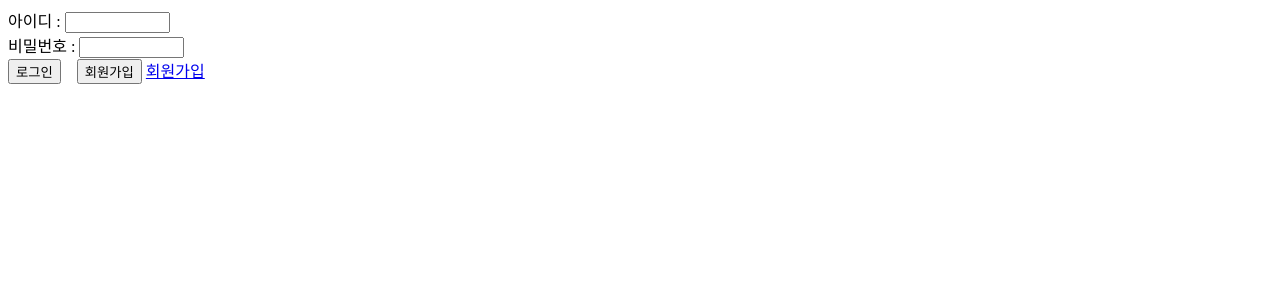
Repository: SeungMok/login_practice
Page: http://localhost/Login_practice/
These files come from the project's save history. The page is drawn as it stood at one moment and after the next save; the edit follows.
The browser window is 1280 px wide. The pictures show the whole page.
The page is served by Tomcat 9.

Above is the page before, as saved 2020-03-19 17:18:09.

After the next save:
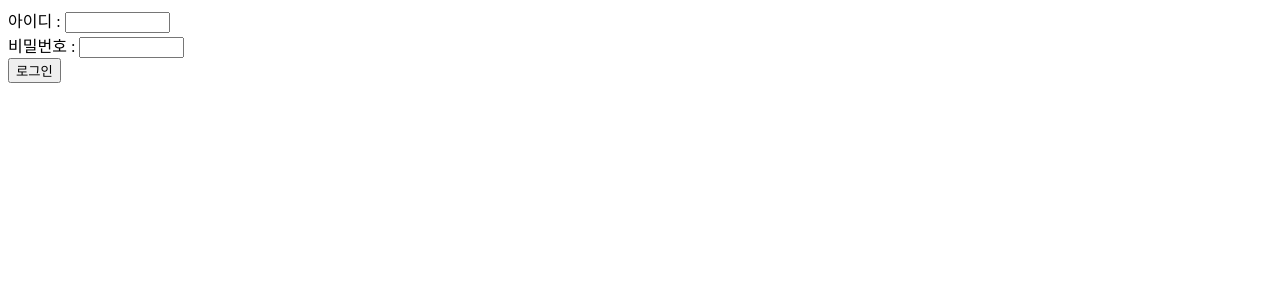
Saved 13 s later.
--- a/Login_practice/WebContent/index.jsp
+++ b/Login_practice/WebContent/index.jsp
@@ -14,8 +14,6 @@
 		<iuput type="button" value="회원가입" onclick="javascript:window.location='join.jsp'">
 		<iuput type="button" value="회원가입" onclick="javascript:window.location='join.jsp'">
 		<iuput type="button" value="회원가입" onclick="javascript:window.location='join.jsp'">
-		<input type="button" value="회원가입">
-		<a href="join.html"> 회원가입</a>
 	</form>
 </body>
 </html>
